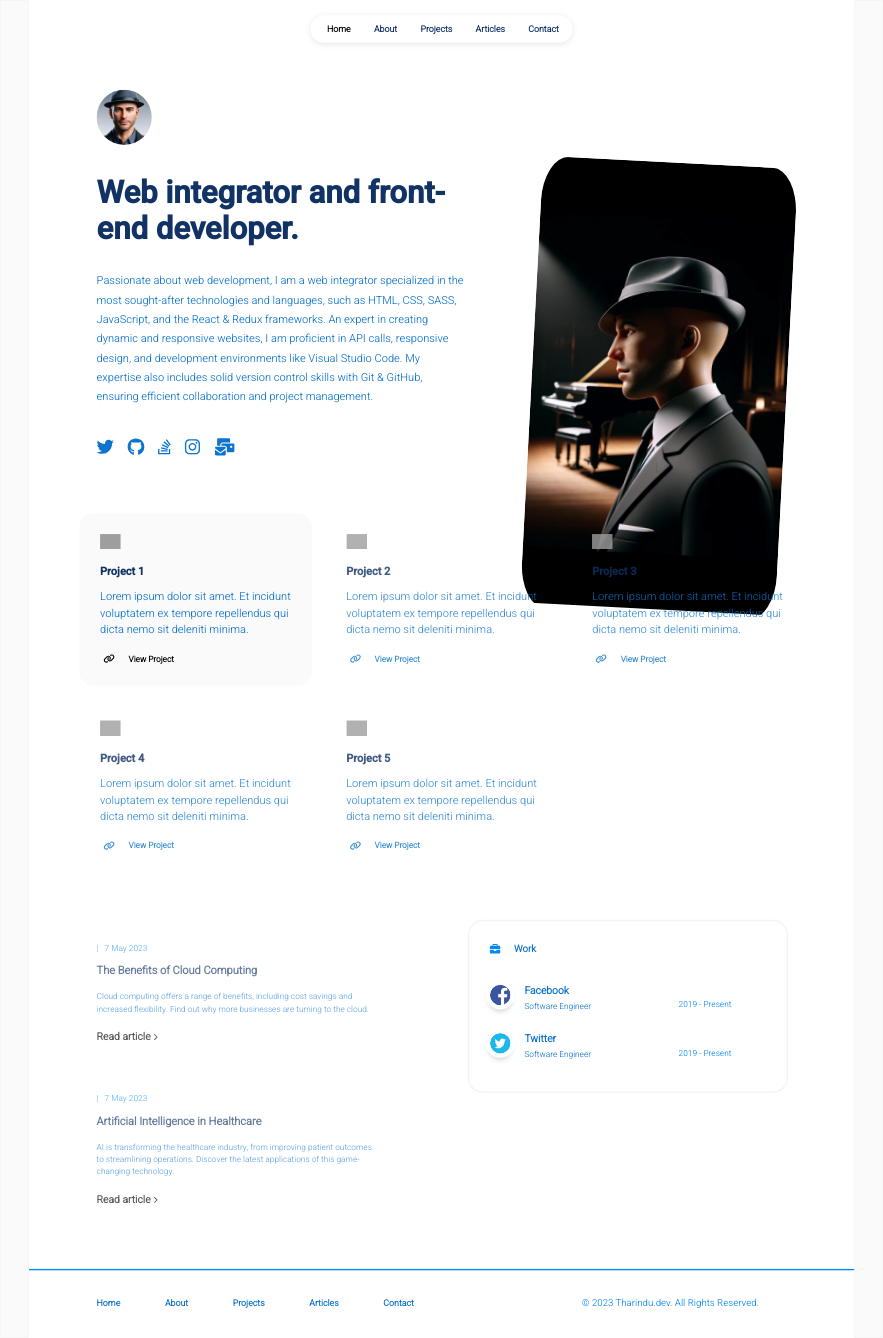
Repository: Dimple3377/reactfolio-master
Page: /
The author's editor kept a copy of each file at every save. The page is drawn from the files as they stood at one save, then again after the next save.
The browser window is 1280 px wide. The pictures show the whole page, at 69% of full size.
The pointer rests on the first visible `.project`.
Pictures or frames that could not be fetched are drawn as grey boxes. The project was rebuilt for these pictures with package versions that can differ from the ones it lists, and the page was loaded fresh each time. Also part of the build but not shown: src/components/about/socials.jsx, src/pages/styles/about.css, src/pages/about.jsx, src/pages/styles/projects.css, src/pages/projects.jsx, src/components/articles/article.jsx, src/pages/styles/articles.css, src/pages/articles.jsx and 5 more.

Above is the page before, as saved 2024-04-24 01:11:03.

After the next save:
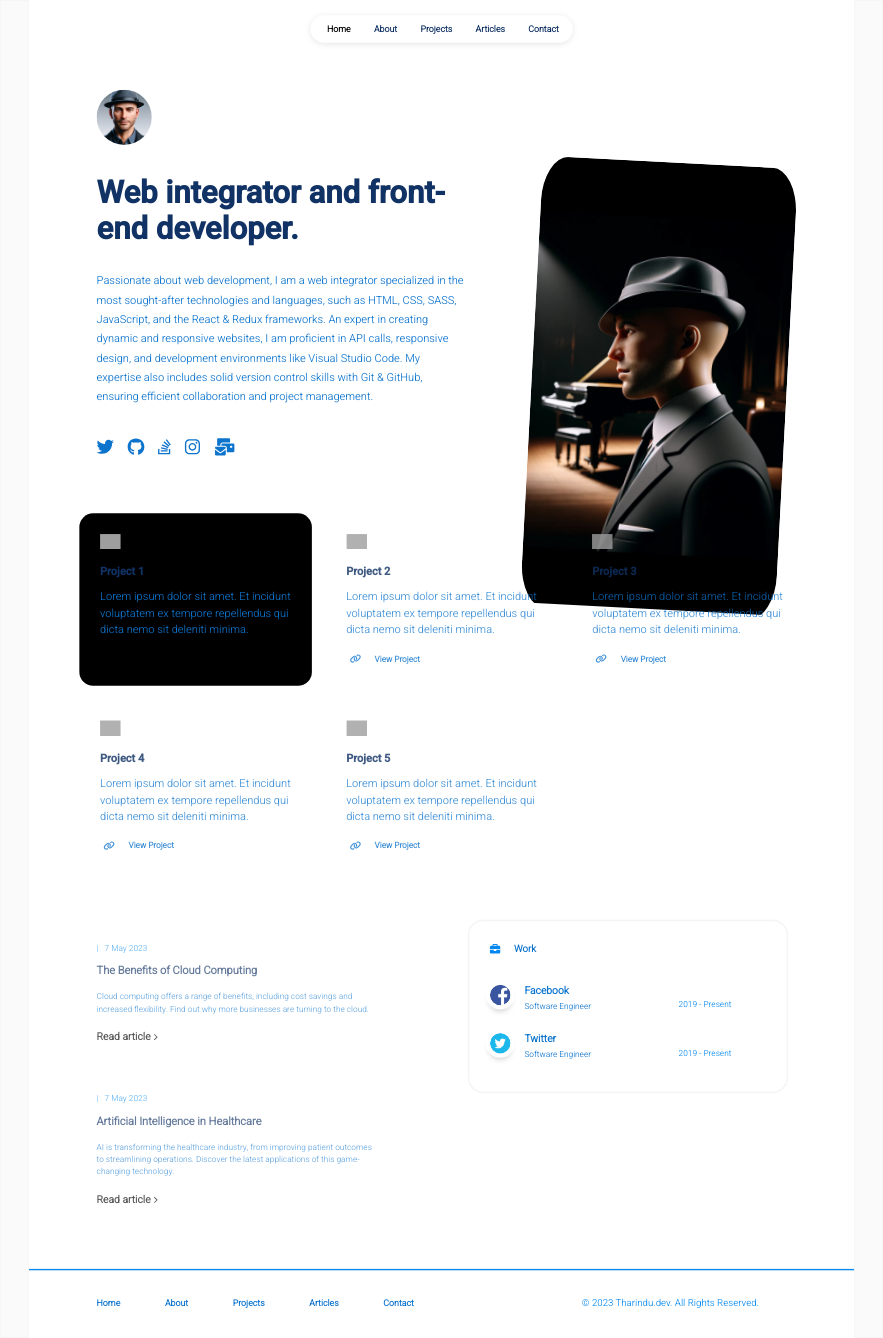
Saved 90 s later.
--- a/src/components/projects/styles/project.css
+++ b/src/components/projects/styles/project.css
@@ -12,7 +12,7 @@
 }
 
 .project:hover {
-	background: #fafafa;
+	background: black;
 	opacity: 1;
 	transition: background-color 0.3s ease-in-out;
 }

After the save that followed:
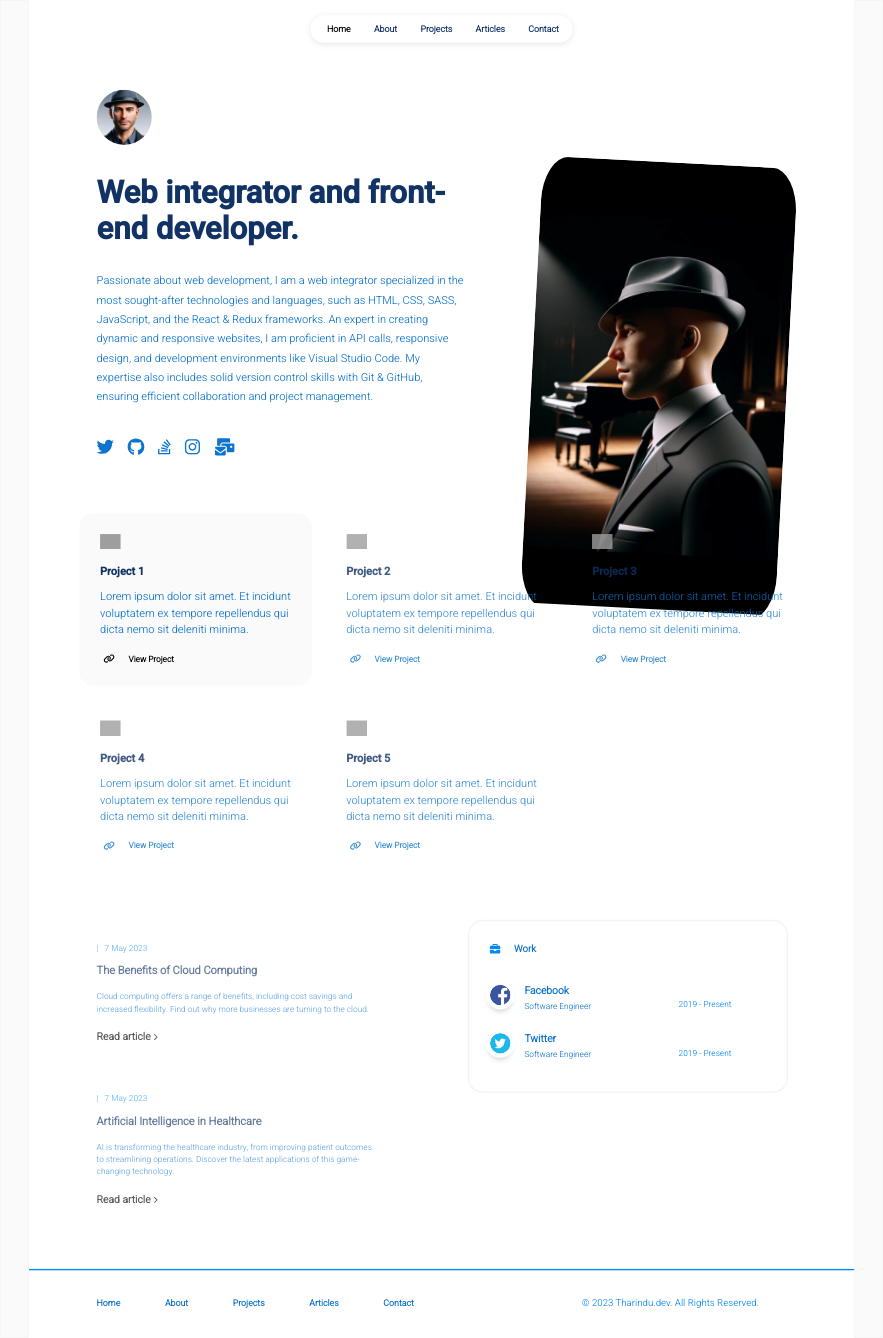
Saved 27 s later.
--- a/src/components/projects/styles/project.css
+++ b/src/components/projects/styles/project.css
@@ -12,7 +12,7 @@
 }
 
 .project:hover {
-	background: black;
+	background: #fafafa;
 	opacity: 1;
 	transition: background-color 0.3s ease-in-out;
 }
